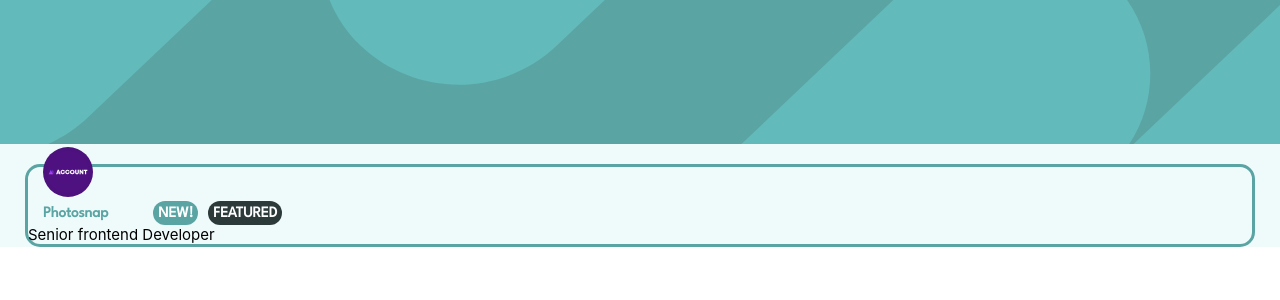
Repository: DevLaukey/job-listing
Page: /
An editor plug-in stored every save of this project. The page is shown before and after the next save, followed by the edit.
The browser window is 1280 px wide. The pictures show the whole page.
Some web fonts or font styles are not loaded; a fallback is used. The project was rebuilt for these pictures with package versions that can differ from the ones it lists, and the page was loaded fresh each time.

Above is the page before, as saved 2022-06-02 16:29:48.

After the next save:
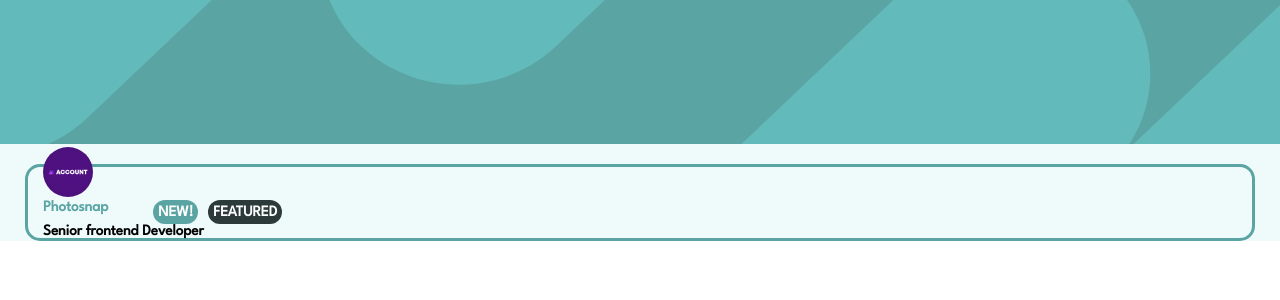
Saved 111 s later.
--- a/src/components/styles.css
+++ b/src/components/styles.css
@@ -9,18 +9,18 @@
     border-radius: 15px;
     margin: 20px 25px 20px 25px;
 }
-
+.tablet_content{
+ margin-left: 15px;
+ font-family: 'League Spartan', sans-serif;
+  font-weight: 700;
+    align-items: center;
+}
 .image{
     height: 50px;
-    margin-left: 15px;
     margin-top: -20px;
 }
 .heading{
-    font-family: 'League Spartan', sans-serif;
     display:flex;
-    margin-left: 15px;
-    font-weight: 700;
-    align-items: center;
 }
 .company{
 color: hsl(180, 29%, 50%);
